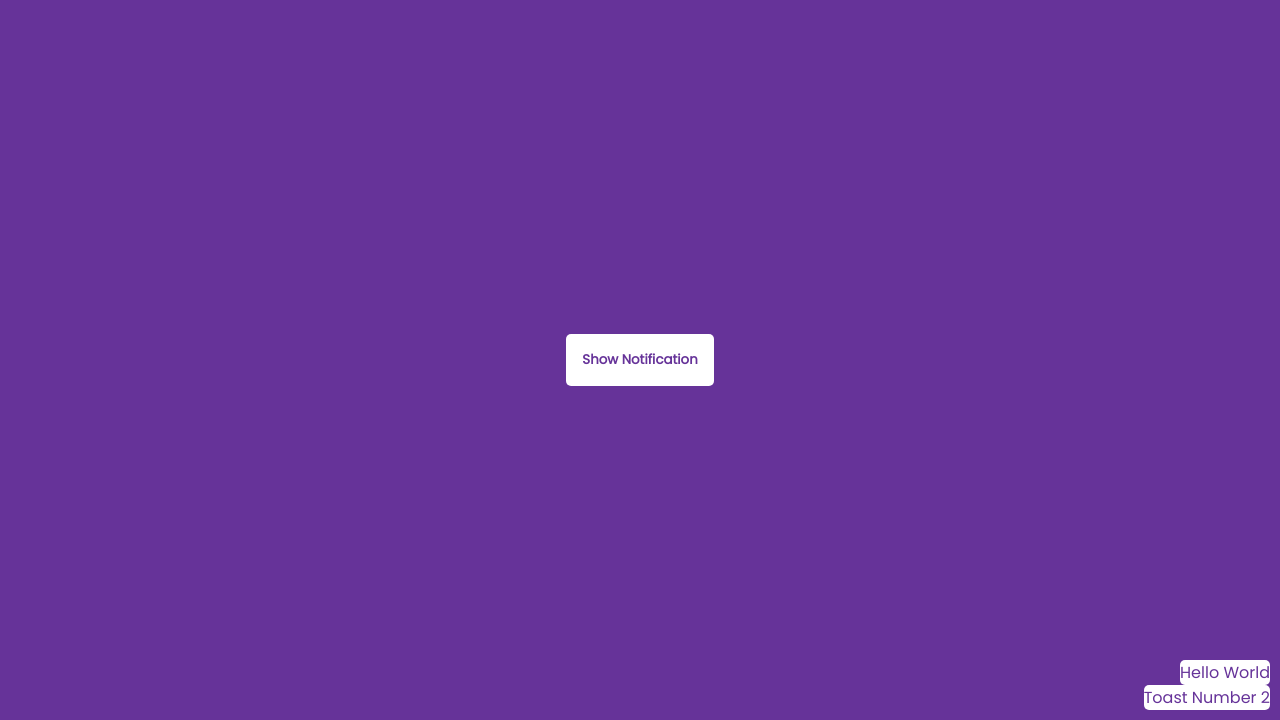
Repository: eagle-tex/50-projects-BT
Page: 27-toast-notification/index.html
The author's editor kept a copy of each file at every save. The page is drawn from the files as they stood at one save, then again after the next save.
The browser window is 1280 px wide. The pictures show the whole page.

Above is the page before, as saved 2021-01-19 22:10:00.

### 27-toast-notification/index.html
<!DOCTYPE html>
<html lang="en">

<head>
  <meta charset="UTF-8" />
  <meta name="viewport" content="width=device-width, initial-scale=1.0" />
  <link rel="stylesheet" href="style.css" />
  <title>Toast Notification</title>
</head>

<body>
  <div id="toasts">
    <div class="toast">Hello World</div>
    <div class="toast">Toast Number 2</div>
  </div>

  <button class="btn" id="button">Show Notification</button>

  <script src="script.js"></script>
</body>

</html>

### 27-toast-notification/style.css
@import url('https://fonts.googleapis.com/css?family=Poppins:wght@200;400&display=swap');

* {
  box-sizing: border-box;
}

body {
  background-color: rebeccapurple;
  font-family: 'Poppins', sans-serif;
  display: flex;
  flex-direction: column;
  align-items: center;
  justify-content: center;
  height: 100vh;
  overflow: hidden;
  margin: 0;
}

.btn {
  background-color: #fff;
  color: rebeccapurple;
  font-family: inherit;
  font-weight: bold;
  padding: 1rem;
  border-radius: 5px;
  -webkit-border-radius: 5px;
  -moz-border-radius: 5px;
  -ms-border-radius: 5px;
  -o-border-radius: 5px;
  border: none;
  cursor: pointer;
}

.btn:focus {
  outline: none;
}

.btn:active {
  transform: scale(0.98);
  -webkit-transform: scale(0.98);
  -moz-transform: scale(0.98);
  -ms-transform: scale(0.98);
  -o-transform: scale(0.98);
}

#toasts {
  position: fixed;
  bottom: 10px;
  right: 10px;
  display: flex;
  flex-direction: column;
  align-items: flex-end;
}

.toast {
  background-color: #fff;
  color: rebeccapurple;
  border-radius: 5px;
  -webkit-border-radius: 5px;
  -moz-border-radius: 5px;
  -ms-border-radius: 5px;
  -o-border-radius: 5px;
}

Loaded but not shown: 27-toast-notification/script.js (no stored copy; drawn as an empty file)

After the next save:
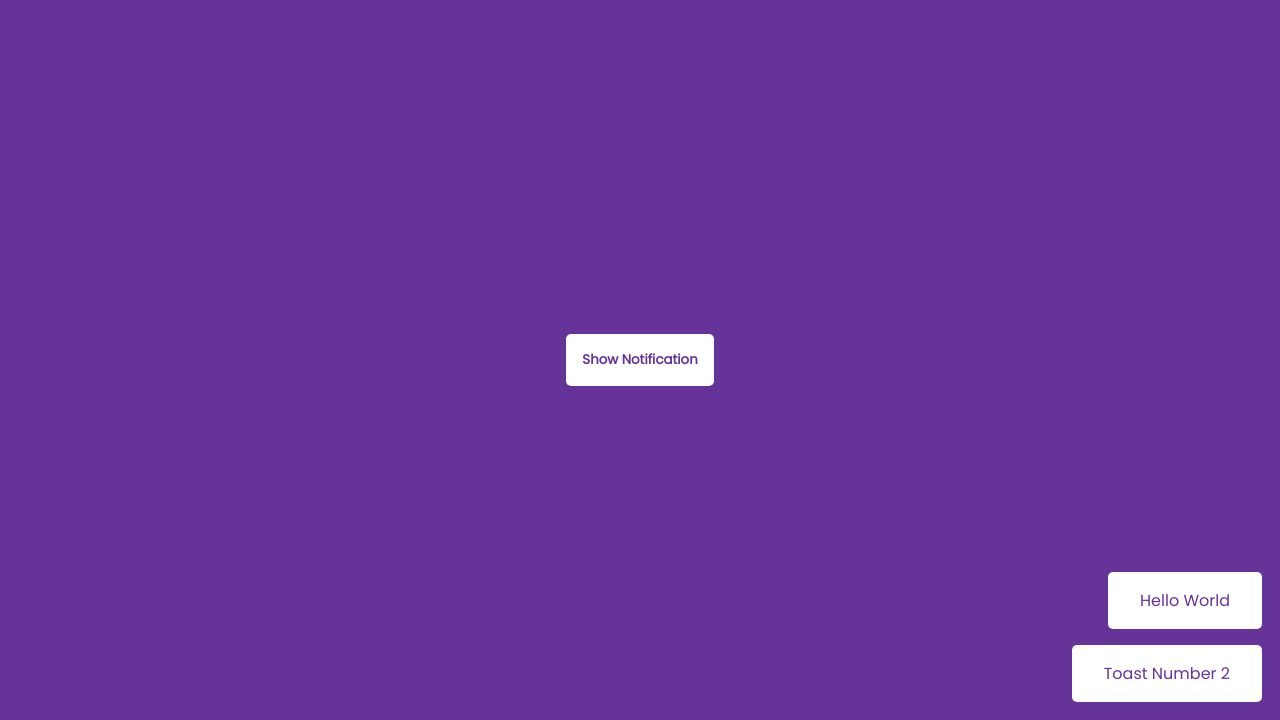
Saved 29 s later.
--- a/27-toast-notification/style.css
+++ b/27-toast-notification/style.css
@@ -60,4 +60,6 @@ body {
   -moz-border-radius: 5px;
   -ms-border-radius: 5px;
   -o-border-radius: 5px;
+  padding: 1rem 2rem;
+  margin: 0.5rem;
 }
